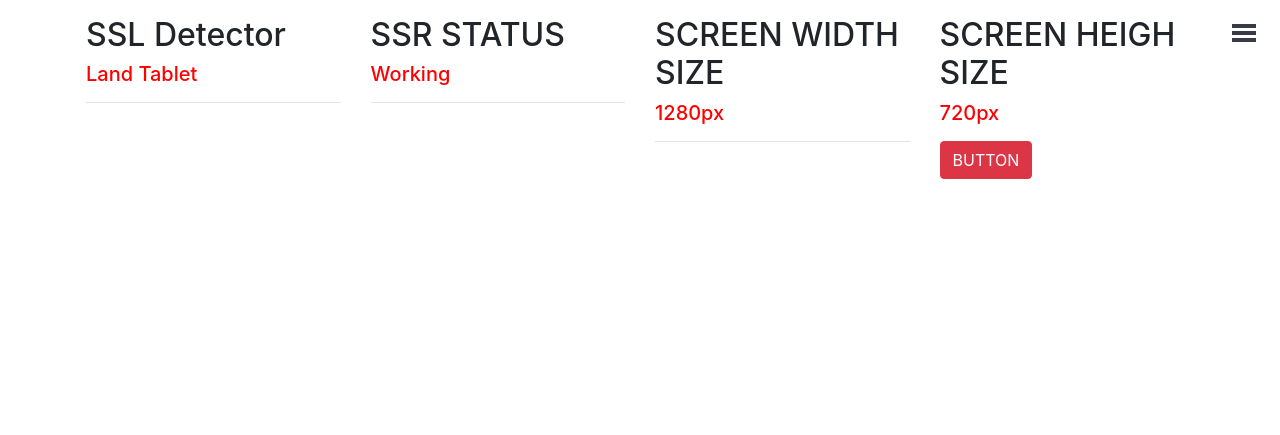
Repository: adrihle/screen-detector-nextpwa
Page: /
These files come from the project's save history. The page is drawn as it stood at one moment and after the next save; the edit follows.
The browser window is 1280 px wide. The pictures show the whole page.
The project was rebuilt for these pictures with package versions that can differ from the ones it lists, and the page was loaded fresh each time. The framework's server and built-in components were replaced by stand-ins that run in the browser. Imported but missing from the stored project, and not drawn on this page: pages/_document.

Above is the page before, as saved 2020-12-30 18:02:59.

After the next save:
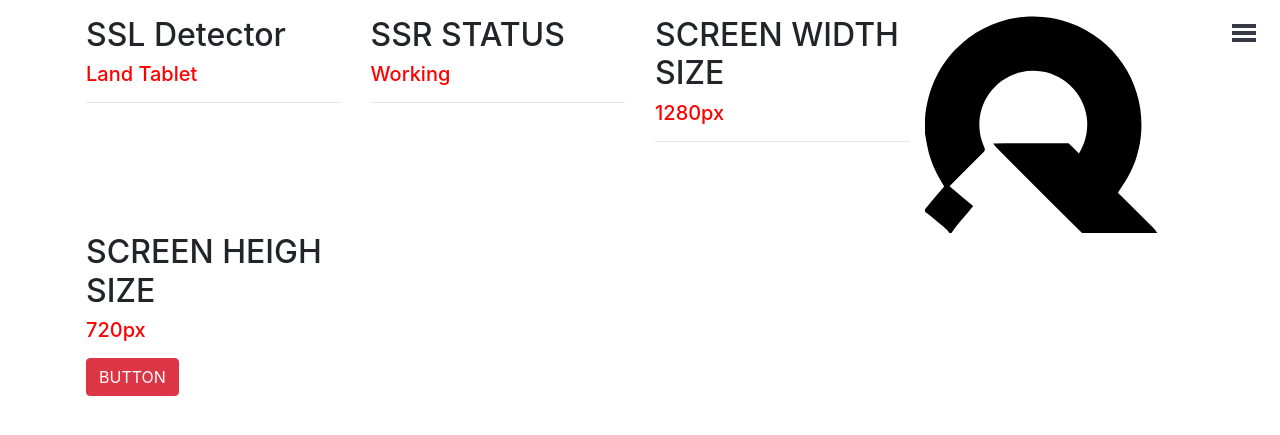
Saved 74 s later.
--- a/pages/index.js
+++ b/pages/index.js
@@ -1,4 +1,5 @@
 import Nav from '../components/navigation/mobile'
+import Dotq from '../static/icons/dotqblackusage'
 
 const Index = ({ server, measures, screen }) => {
 
@@ -24,6 +25,7 @@ const Index = ({ server, measures, screen }) => {
           <h5 style={{color:'red'}}>{width}</h5>
           <hr/>
         </div>
+        <Dotq />
         <div className="col-sm-1 col-md-6 col-lg-3">
           {(measures && measures[0]>240) && (
             <>
